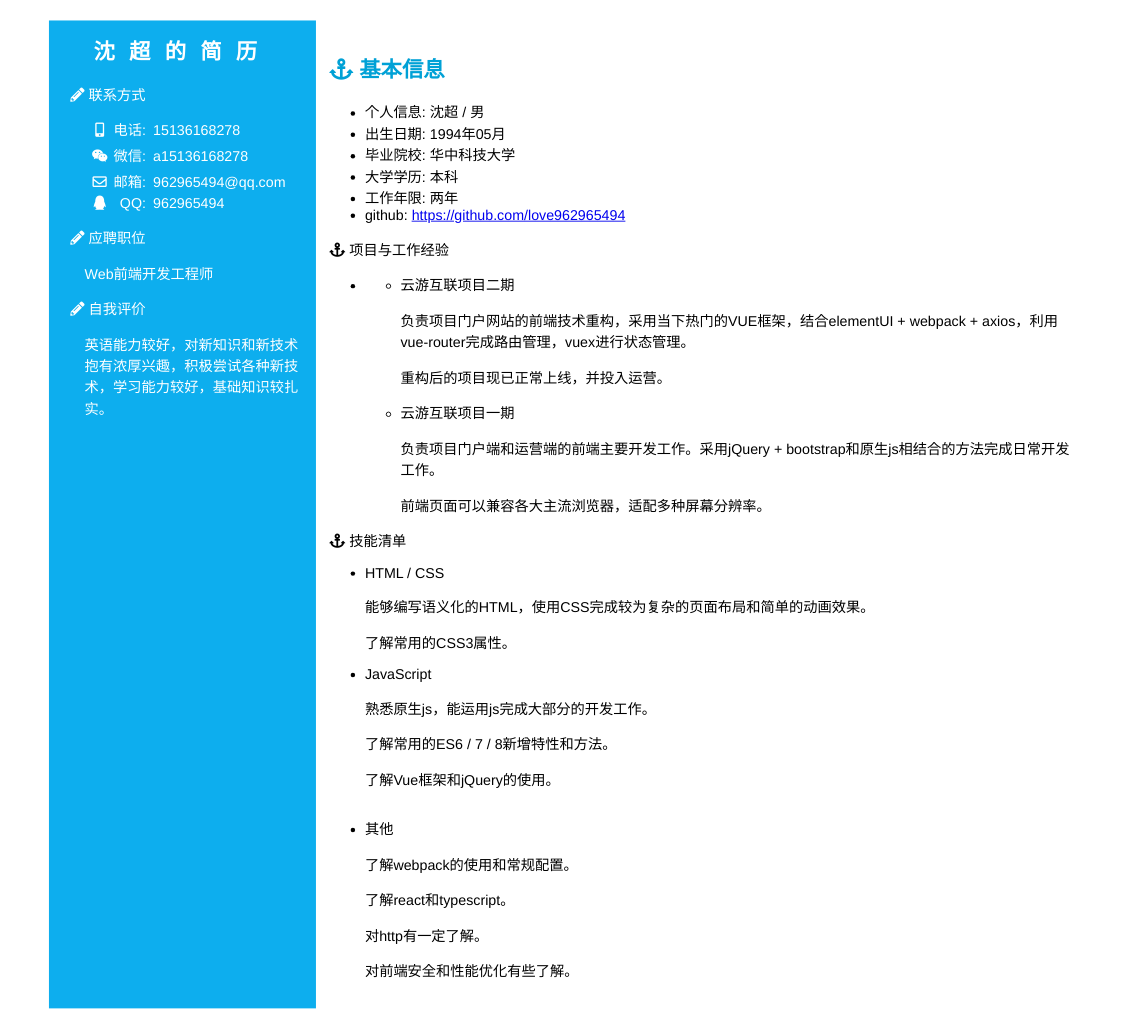
Repository: love962965494/my-resume
Page: index.html
The author's editor kept a copy of each file at every save. The page is drawn from the files as they stood at one save, then again after the next save.
The browser window is 1280 px wide. The pictures show the whole page, at 89% of full size.
Some web libraries are served in a nearby version. The style sheet was rebuilt from its Sass, Less or Tailwind sources for each picture, by a compiler version that may differ from the author's.

Above is the page before, as saved 2018-09-02 17:51:51.

After the next save:
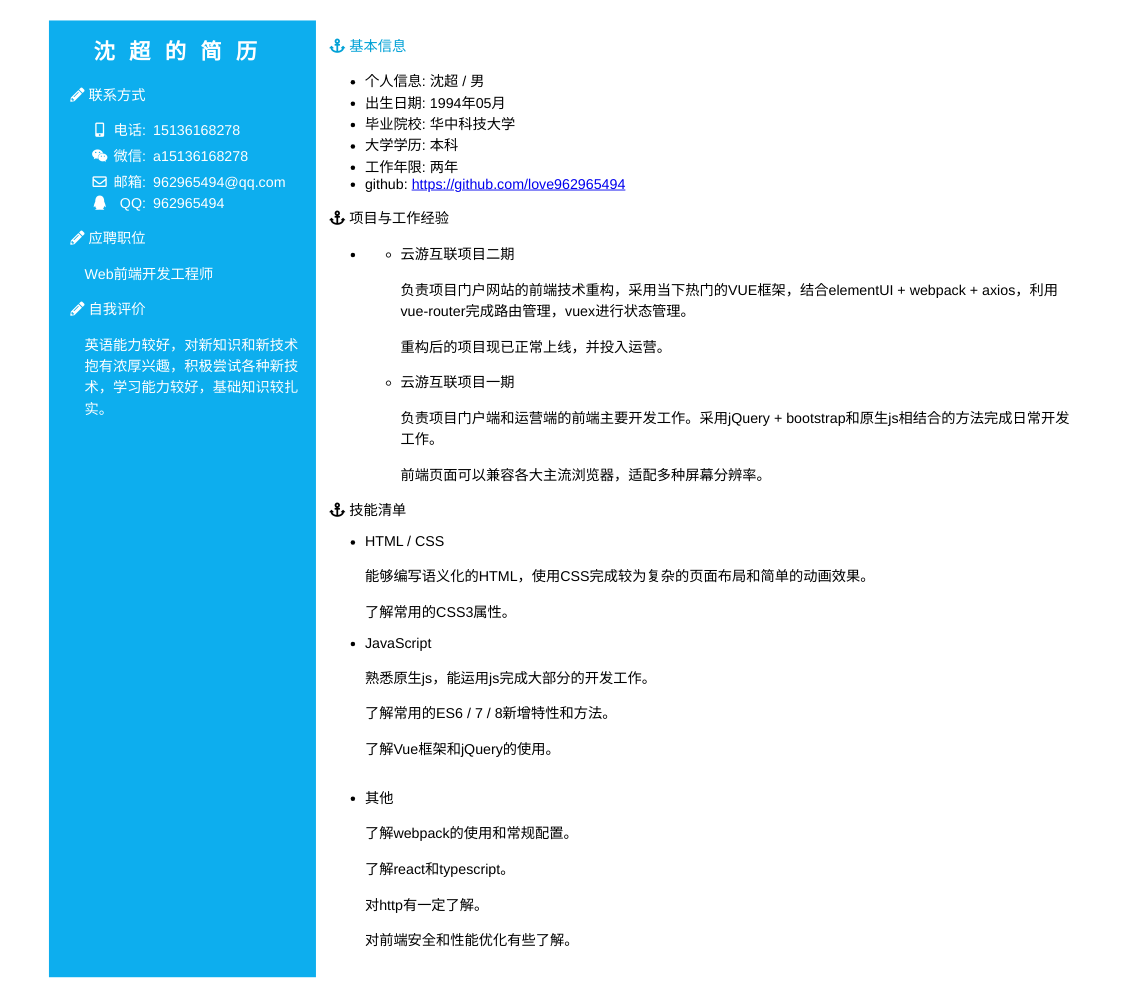
Saved 19 s later.
--- a/index.html
+++ b/index.html
@@ -81,10 +81,10 @@
     <div class="content__right">
       <!-- 基本信息 -->
       <div class="content__right--basic">
-        <h2 class="header">
+        <div class="header">
           <i class="fas fa-anchor"></i>
           <span>基本信息</span>
-        </h2>
+        </div>
         <div class="content">
           <ul>
             <li>
